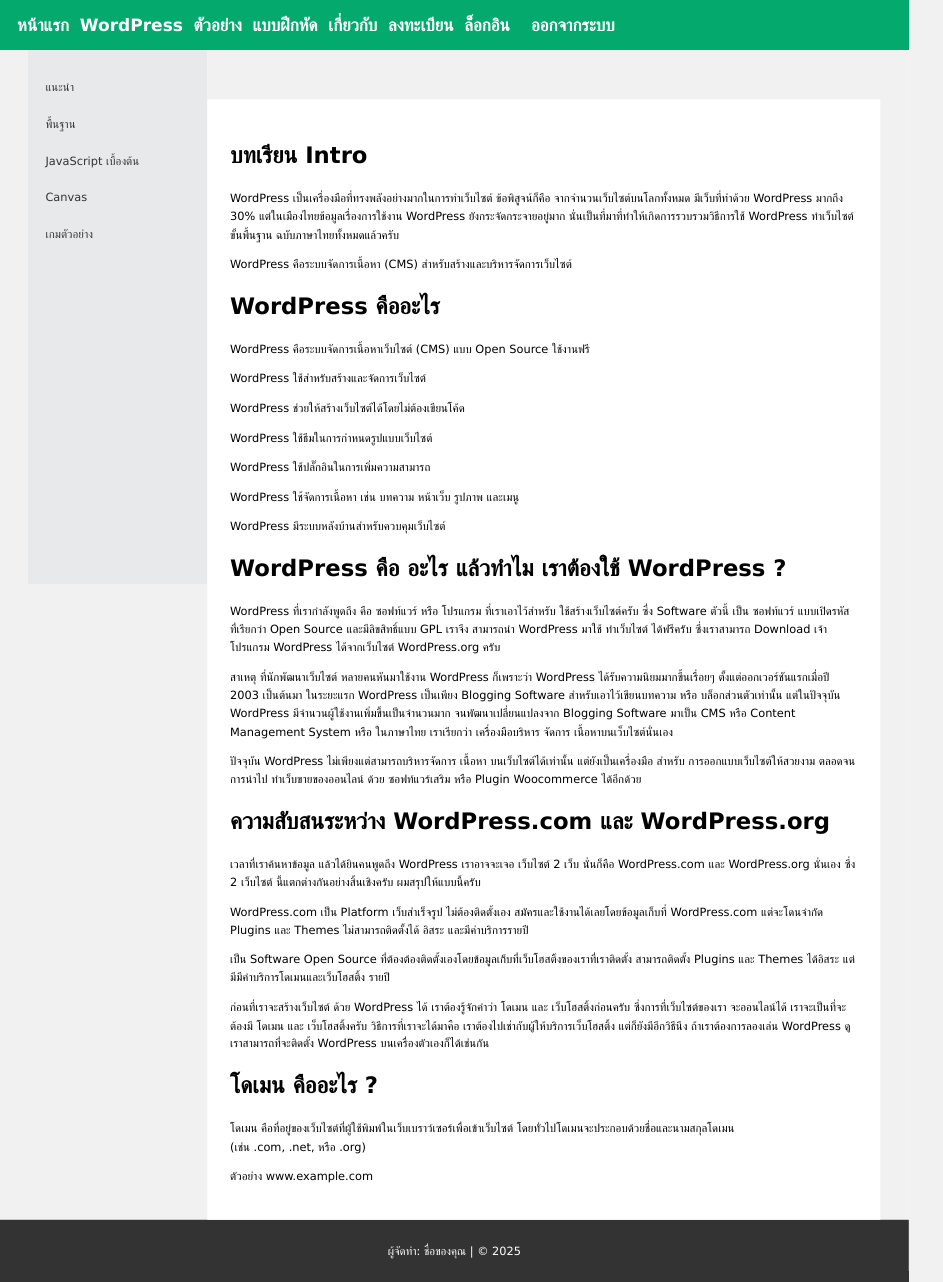
Repository: staggil/thesis
Page: lessons/intro.html
An editor plug-in stored every save of this project. The page is shown before and after the next save, followed by the edit.
The browser window is 1280 px wide. The page is 1280 px wide, then 1328 px, so the pictures cover 1328 px, including what lies to the right of the window. The pictures show the whole page, at 71% of full size.
The page's requests for data from a server got no answer.

Above is the page before, as saved 2025-12-15 04:04:15.

### lessons/intro.html
<!DOCTYPE html>
<html lang="th">
<head>
    <meta charset="UTF-8">
    <meta name="viewport" content="width=device-width, initial-scale=1.0">
    <title>บทเรียน Intro</title>
    <link rel="stylesheet" href="/style.css">
    <script src="/script.js" defer></script>
</head>
<body data-sidebar="/components/sidebar.html">

    <!-- header -->
    <div id="header-placeholder"></div>


<div class="layout">
   <div id="sidebar-placeholder"></div>

    <!-- content -->
    <main id="main-content">
        <h1>บทเรียน Intro</h1>
        <p>WordPress เป็นเครื่องมือที่ทรงพลังอย่างมากในการทำเว็บไซต์ ข้อพิสูจน์ก็คือ
            จากจำนวนเว็บไซต์บนโลกทั้งหมด มีเว็บที่ทำด้วย WordPress มากถึง 30%
            แต่ในเมืองไทยข้อมูลเรื่องการใช้งาน WordPress ยังกระจัดกระจายอยู่มาก
            นั่นเป็นที่มาที่ทำให้เกิดการรวบรวมวิธีการใช้ WordPress ทำเว็บไซต์ขั้นพื้นฐาน
            ฉบับภาษาไทยทั้งหมดแล้วครับ</p>
            <p>WordPress คือระบบจัดการเนื้อหา (CMS) สำหรับสร้างและบริหารจัดการเว็บไซต์</p>

            <h1>WordPress คืออะไร</h1>
            <p>WordPress คือระบบจัดการเนื้อหาเว็บไซต์ (CMS) แบบ Open Source ใช้งานฟรี</p>
            <p>WordPress ใช้สำหรับสร้างและจัดการเว็บไซต์</p>
            <p>WordPress ช่วยให้สร้างเว็บไซต์ได้โดยไม่ต้องเขียนโค้ด</p>
            <p>WordPress ใช้ธีมในการกำหนดรูปแบบเว็บไซต์</p>
            <p>WordPress ใช้ปลั๊กอินในการเพิ่มความสามารถ</p>
            <p>WordPress ใช้จัดการเนื้อหา เช่น บทความ หน้าเว็บ รูปภาพ และเมนู</p>
            <p>WordPress มีระบบหลังบ้านสำหรับควบคุมเว็บไซต์</p>

            <h1>WordPress คือ อะไร แล้วทำไม เราต้องใช้ WordPress ?</h1>
            <p>WordPress ที่เรากำลังพูดถึง คือ ซอฟท์แวร์ หรือ โปรแกรม ที่เราเอาไว้สำหรับ ใช้สร้างเว็บไซต์ครับ
                ซึ่ง Software ตัวนี้ เป็น ซอฟท์แวร์ แบบเปิดรหัส ที่เรียกว่า Open Source และมีลิขสิทธิ์แบบ GPL
                เราจึง สามารถนำ WordPress มาใช้ ทำเว็บไซต์ ได้ฟรีครับ ซึ่งเราสามารถ Download
                 เจ้าโปรแกรม WordPress ได้จากเว็บไซต์ WordPress.org ครับ</p>
            <p>สาเหตุ ที่นักพัฒนาเว็บไซต์ หลายคนหันมาใช้งาน WordPress ก็เพราะว่า WordPress ได้รับความนิยมมากขึ้นเรื่อยๆ
                ตั้งแต่ออกเวอร์ชันแรกเมื่อปี 2003 เป็นต้นมา ในระยะแรก WordPress เป็นเพียง Blogging Software
                สำหรับเอาไว้เขียนบทความ หรือ บล็อกส่วนตัวเท่านั้น แต่ในปัจจุบัน WordPress มีจำนวนผู้ใช้งานเพิ่มขึ้นเป็นจำนวนมาก
                 จนพัฒนาเปลี่ยนแปลงจาก Blogging Software มาเป็น CMS หรือ Content Management System หรือ ในภาษาไทย
                  เราเรียกว่า เครื่องมือบริหาร จัดการ เนื้อหาบนเว็บไซต์นั่นเอง</p>
            <p>
                ปัจจุบัน WordPress ไม่เพียงแต่สามารถบริหารจัดการ เนื้อหา บนเว็บไซต์ได้เท่านั้น แต่ยังเป็นเครื่องมือ สำหรับ การออกแบบเว็บไซต์ให้สวยงาม
                 ตลอดจน การนำไป ทำเว็บขายของออนไลน์ ด้วย ซอฟท์แวร์เสริม หรือ Plugin Woocommerce ได้อีกด้วย
            </p>

            <h1>ความสับสนระหว่าง WordPress.com และ WordPress.org</h1>
            <p>เวลาที่เราค้นหาข้อมูล แล้วได้ยินคนพูดถึง WordPress เราอาจจะเจอ เว็บไซต์ 2 เว็บ นั่นก็คือ WordPress.com และ WordPress.org
                นั่นเอง ซึ่ง 2 เว็บไซต์ นี้แตกต่างกันอย่างสิ้นเชิงครับ ผมสรุปให้แบบนี้ครับ</p>
            <p>WordPress.com เป็น Platform เว็บสำเร็จรูป ไม่ต้องติดตั้งเอง สมัครและใช้งานได้เลยโดยข้อมูลเก็บที่ WordPress.com แต่จะโดนจำกัด Plugins และ Themes
                ไม่สามารถติดตั้งได้ อิสระ และมีค่าบริการรายปี</p>
            <p>เป็น Software Open Source ที่ต้องต้องติดตั้งเองโดยข้อมูลเก็บที่เว็บโฮสติ้งของเราที่เราติดตั้ง สามารถติดตั้ง Plugins และ Themes ได้อิสระ
                แต่มีมีค่าบริการโดเมนและเว็บโฮสติ้ง รายปี
            </p>

            <p>ก่อนที่เราจะสร้างเว็บไซต์ ด้วย WordPress ได้ เราต้องรู้จักคำว่า โดเมน และ เว็บโฮสติ้งก่อนครับ ซึ่งการที่เว็บไซต์ของเรา จะออนไลน์ได้
            เราจะเป็นที่จะต้องมี โดเมน และ เว็บโฮสติ้งครับ วิธีการที่เราจะได้มาคือ เราต้องไปเช่ากับผู้ให้บริการเว็บโฮสติ้ง แต่ก็ยังมีอีกวิธีนึง ถ้าเราต้องการลองเล่น
             WordPress ดูเราสามารถที่จะติดตั้ง WordPress บนเครื่องตัวเองก็ได้เช่นกัน</p>

             <h1>โดเมน คืออะไร ?</h1>
             <p>โดเมน คือที่อยู่ของเว็บไซต์ที่ผู้ใช้พิมพ์ในเว็บเบราว์เซอร์เพื่อเข้าเว็บไซต์ โดยทั่วไปโดเมนจะประกอบด้วยชื่อและนามสกุลโดเมน <br>
                 (เช่น .com, .net, หรือ .org)</p>
             <p>ตัวอย่าง www.example.com</p>
    </main>
</div>
    <!-- footer -->
    <div id="footer-placeholder"></div>

</body>
</html>

### style.css
body {
    margin: 0;
    font-family: Verdana, Arial, sans-serif;
    box-sizing: border-box;
    background-color: #f1f1f1;
    line-height: 1.6;
}


header {
    background-color: #04AA6D;
    color: white;
    padding: 16px 24px;
    font-size: 24px;
    font-weight: bold;
     position: sticky;  /* หรือ fixed ก็ได้ */
    top: 0;            /* ติดด้านบน */
    z-index: 1000;     /* อยู่เหนือ content */
}

.navbar ul {
    list-style: none;
    display: flex;
    gap: 15px;
    padding: 0;
    margin: 0;
}

.navbar ul li a {
    color: white;
    text-decoration: none;
}

/* =========================
   Sidebar
   ========================= */
.layout {  /* แนะนำให้เพิ่ม div ครอบ sidebar + main-content */
    display: flex;
    max-width: 1200px;
    margin: 0 auto;
}

#sidebar {
    width: 220px;
    background-color: #e7e9eb; /* สีอ่อนแบบ W3Schools */
    padding: 16px;
    height: 100vh;
    overflow-y: auto;
    flex-shrink: 0;
    position: sticky;  /* sidebar ติดเวลา scroll */
    top: 0;
}

#sidebar ul {
    list-style: none;
    padding: 0;
}

#sidebar ul li {
    margin-bottom: 10px;
}

#sidebar ul li a {
    text-decoration: none;
    color: #333;
    display: block;
    padding: 8px;
    border-radius: 4px;
    transition: background 0.3s;
}

#sidebar ul li a:hover {
    background-color: #ddd;
}

/* =========================
   Main Content
   ========================= */
#main-content {
    flex: 1;  /* ขยายเต็มที่ตามพื้นที่ layout */
    background-color: #fff;
    padding: 32px;
    max-width: 960px; /* เหมือน W3Schools */
    margin-top: 70px; /* ความสูง header */
}

/* กรณีหน้า index.html ไม่มี sidebar */
body.index #main-content {
    margin-left: 0;
    max-width: 700px;        /* กว้างเท่ากับหน้าที่มี sidebar */
    margin: 0 auto;          /* จัด content กลางหน้า */
}

/* =========================
   Footer
   ========================= */
footer {
    background-color: #333;
    color: white;
    text-align: center;
    padding: 15px;
}

@media screen and (max-width: 768px) {
    .layout {
        flex-direction: column;
    }

    #sidebar {
        width: 100%;
        height: auto;
        position: relative;
    }

    #main-content {
        max-width: 100%;
        padding: 15px;
    }
}


/* =========================
   Empty sidebar
   ========================= */
#sidebar.empty-sidebar {
    background-color: #fff;   /* สีเดียวกับ container */
           /* คง padding เดิมถ้าอยากให้ layoutเหมือนหน้าที่มี sidebar */
    /* อย่าแก้ width หรือ float */
}

/* หน้า login ให้ layout อยู่กลางและสวยขึ้น */
body.login-page #main-content {
    max-width: 400px;       /* กว้างแค่พอ form */
    margin: 50px auto;      /* จัดกลางแนวนอนและเว้นบน */
    padding: 20px;
    background-color: #fff; /* เหมือน container */
    border-radius: 8px;
    box-shadow: 0 0 10px rgba(0,0,0,0.1);
}



/* หน้า register ให้ layout อยู่กลางเหมือน login */
body.register-page #main-content {
    max-width: 400px;          /* กว้างพอ form */
    margin: 50px auto;         /* จัดกลางหน้า */
    padding: 20px;
    background-color: #fff;    /* เหมือน container */
    border-radius: 8px;
    box-shadow: 0 0 10px rgba(0,0,0,0.1);
}

### script.js
function loadComponent(filePath, elementId) {
    if (!filePath) return;
    const el = document.getElementById(elementId);
    if (!el) {
        console.error(`ไม่พบ element id="${elementId}"`);
        return;
    }
    fetch(filePath)
        .then(response => {
            if (!response.ok) throw new Error("ไม่พบไฟล์ " + filePath);
            return response.text();
        })
        .then(data => {
            el.innerHTML = data;

            // หลังโหลด header ให้ตรวจสอบ session
            if (elementId === "header-placeholder") {
                updateHeaderLoginStatus();
            }
        })
        .catch(error => console.error(error));
}

// ฟังก์ชันตรวจสอบ login
function updateHeaderLoginStatus() {
    fetch("/me")
        .then(res => res.json())
        .then(user => {
            if (user.username) {
                // login แล้ว
                document.querySelectorAll(".login-only").forEach(el => el.style.display = "none");
                document.querySelectorAll(".user-only").forEach(el => el.style.display = "block");
                document.getElementById("username-display").textContent = user.fullname;

                // เพิ่ม listener logout
                const logoutLink = document.getElementById("logout-link");
                if (logoutLink) {
                    logoutLink.addEventListener("click", async (e) => {
                        e.preventDefault();
                        await fetch("/logout", { method: "POST" });
                        updateHeaderLoginStatus(); // รีเฟรชเมนู
                        window.location.href = "/login.html";
                    });
                }

            } else {
                // ยังไม่ได้ login
                document.querySelectorAll(".login-only").forEach(el => el.style.display = "block");
                document.querySelectorAll(".user-only").forEach(el => el.style.display = "none");
            }
        })
        .catch(err => console.error(err));
}

document.addEventListener("DOMContentLoaded", function() {
    loadComponent("/components/header.html", "header-placeholder");
    loadComponent("/components/footer.html", "footer-placeholder");

    const sidebarFile = document.body.getAttribute("data-sidebar");
    loadComponent(sidebarFile, "sidebar-placeholder");

    // ตรวจสอบ exercise links หลังจากโหลด header เสร็จ
    const checkExerciseLinks = () => {
        const exerciseLinks = document.querySelectorAll("a[href^='/exercises/']");
        exerciseLinks.forEach(link => {
            link.addEventListener("click", async (e) => {
                e.preventDefault();
                const res = await fetch("/me");
                const user = await res.json();
                if (!user.username) {
                    const goLogin = confirm("คุณต้อง login ก่อนเข้าแบบฝึกหัด\nไปหน้า Login ตอนนี้หรือไม่?");
                    if (goLogin) window.location.href = "/login.html";
                } else {
                    window.location.href = link.href;
                }
            });
        });
    };

    // รอ header โหลดเสร็จแล้วค่อย bind
    const headerInterval = setInterval(() => {
        if (document.getElementById("header-placeholder").children.length > 0) {
            clearInterval(headerInterval);
            checkExerciseLinks();
        }
    }, 50);
});

### components/header.html
<header>
   <nav class="navbar">
        <ul id="nav-items">
            <li><a href="/index.html">หน้าแรก</a></li>
            <li><a href="/lessons/intro.html">WordPress</a></li>
            <li><a href="/examples/draw-rect.html">ตัวอย่าง</a></li>
            <li><a href="/exercises/exercise1.html">แบบฝึกหัด</a></li>
            <li><a href="/about/about.html">เกี่ยวกับ</a></li>
            <li class="login-only"><a href="/register.html">ลงทะเบียน</a></li>
            <li class="login-only"><a href="/login.html">ล็อกอิน</a></li>
            <li class="user-only"><span id="username-display"></span></li>
            <li class="user-only"><a href="#" id="logout-link">ออกจากระบบ</a></li>
        </ul>
    </nav>
</header>

### components/footer.html
<footer>
    <p>ผู้จัดทำ: ชื่อของคุณ | © 2025</p>
</footer>

### components/sidebar.html
<aside id="sidebar">
    <ul>
        <li><a href="/lessons/intro.html">แนะนำ</a></li>
        <li><a href="/lessons/basic.html">พื้นฐาน</a></li>
        <li><a href="/lessons/js-basic.html">JavaScript เบื้องต้น</a></li>
        <li><a href="/lessons/canvas.html">Canvas</a></li>
        <li><a href="/lessons/game1.html">เกมตัวอย่าง</a></li>
    </ul>
</aside>

After the next save:
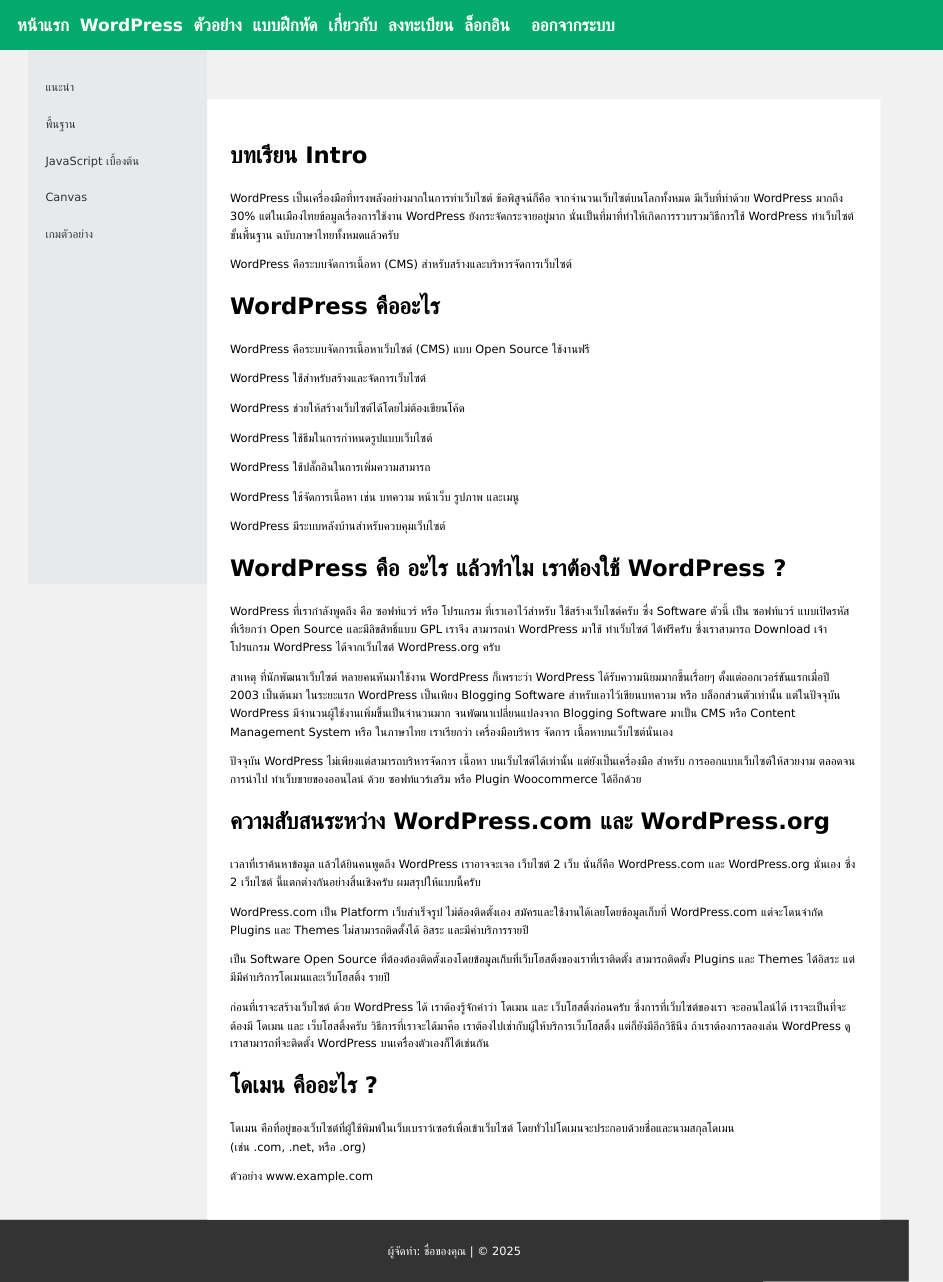
Saved 4 min 56 s later.
--- a/style.css
+++ b/style.css
@@ -16,6 +16,7 @@
      position: sticky;  /* หรือ fixed ก็ได้ */
     top: 0;            /* ติดด้านบน */
     z-index: 1000;     /* อยู่เหนือ content */
+    width: 100%;       /* เต็มความกว้างหน้าจอ */
 }
 
 .navbar ul {
